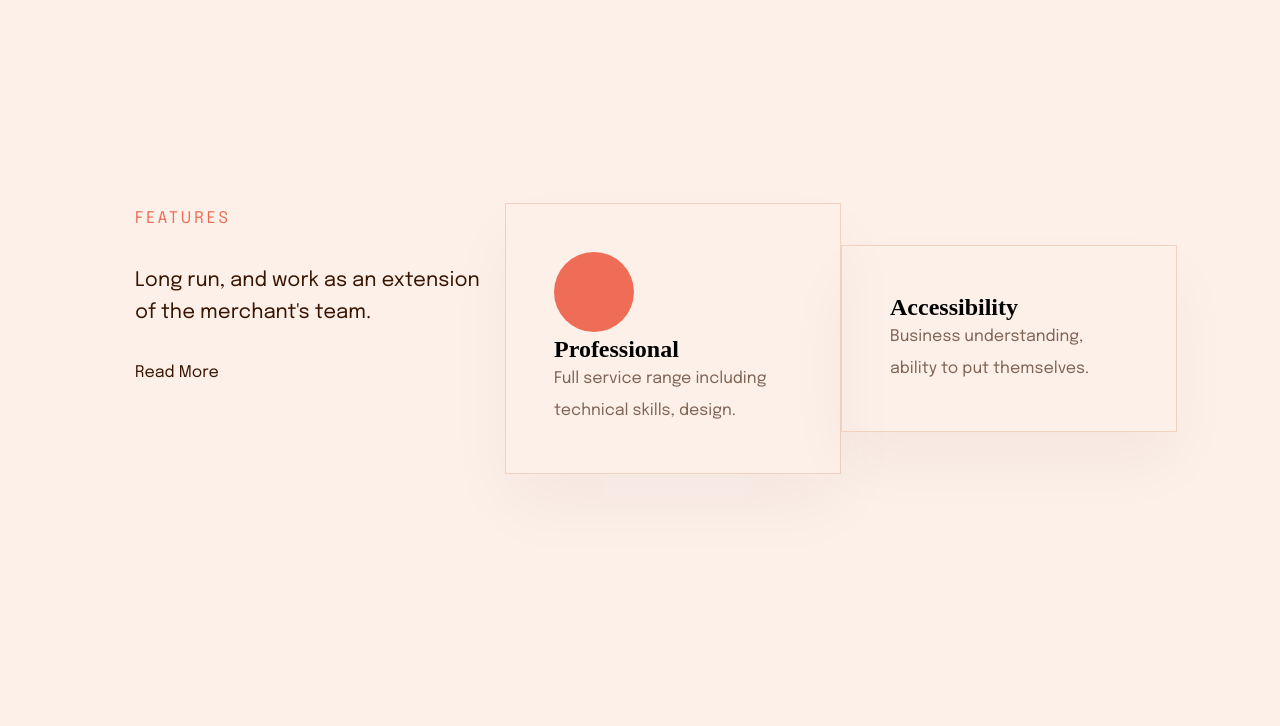
Repository: kubrazamanova/Project-7
Page: index.html
These files come from the project's save history. The page is drawn as it stood at one moment and after the next save; the edit follows.
The browser window is 1280 px wide. The pictures show the whole page.

Above is the page before, as saved 2023-09-23 10:37:52.

### index.html
<!DOCTYPE html>
<html lang="en">
  <head>
    <meta charset="UTF-8" />
    <meta name="viewport" content="width=device-width, initial-scale=1.0" />
    <link rel="stylesheet" href="index.css" />
    <title>Document</title>
  </head>
  <body>
    <div class="container">
      <div class="box">
        <h1>Features</h1>
        <p>Long run, and work as an extension of the merchant's team.</p>
        <a href="#">Read More</a>
      </div>

      <ul>
        <li >

            <svg
              xmlns="http://www.w3.org/2000/svg"
              width="80"
              height="80"
              viewBox="0 0 80 80"
              fill="none"
            >
              <circle cx="40" cy="40" r="40" fill="#EF6C57" />
            </svg>
            <h2>Professional</h2>
            <span>Full service range including technical skills, design.</span>

        </li>
        <li>

            <h2>Accessibility</h2>
            <span>Business understanding, ability to put themselves.</span>

        </li>
      </ul>
    </div>
  </body>
</html>

### index.css
@import url("https://fonts.googleapis.com/css2?family=Epilogue:wght@400;700&display=swap");
* {
  margin: 0;
  padding: 0;
  box-sizing: border-box;
}

.container {
  padding: 203px 182px 252px 135px;
  background: #fdf0e9;
  min-height: 100vh;
  display: flex;
}

.container .box h1 {
  margin-bottom: 30px;
  color: var(--Text_Dark_Accent, #ef6d58);
  font-feature-settings: "clig" off, "liga" off;
  font-family: Epilogue;
  font-size: 16px;
  font-style: normal;
  font-weight: 400;
  line-height: 32px;
  letter-spacing: 3px;
  text-transform: uppercase;
}

.container .box p {
  width: 370px;
  color: var(--Text_Dark, #391400);
  font-feature-settings: "clig" off, "liga" off;
  font-family: Epilogue;
  font-size: 20px;
  font-style: normal;
  font-weight: 400;
  line-height: 32px;
}

.container .box a {
  margin-top: 28px;
  display: block;
  color: var(--Text_Dark, #391400);
  font-feature-settings: "clig" off, "liga" off;
  font-family: Epilogue;
  font-size: 16px;
  font-style: normal;
  font-weight: 400;
  line-height: 32px;
  text-decoration: none;
}
ul {
  /* padding: 0 134px; */
  display: flex;
  align-items: center;
}

ul li {
  list-style-type: none;
  border: 1px solid #f3d1bf;
  padding: 48px 48px 46px 48px;
  width: 336px;
  box-shadow: 0px 32px 64px 0px rgba(57, 20, 0, 0.04);



}
ul li:fir
.container li h2 {
  color: var(--Text_Dark, #391400);
  font-feature-settings: "clig" off, "liga" off;
  font-family: Epilogue;
  font-size: 24px;
  font-style: normal;
  font-weight: 700;
  line-height: 32px;
}

.container li span {
  width: 240px;
  color: var(--Text_Dark_Gray, rgba(57, 20, 0, 0.64));
  font-feature-settings: "clig" off, "liga" off;
  font-family: Epilogue;
  font-size: 16px;
  font-style: normal;
  font-weight: 400;
  line-height: 32px;
}



.white-box {

  background-color: white;

  border-radius: 6px 6px 0px 6px;

}

.white-box .box-3 h2 {
  margin-top: 41px;
}

.white-box .box-3 span {
  margin-top: 19px;
}

After the next save:
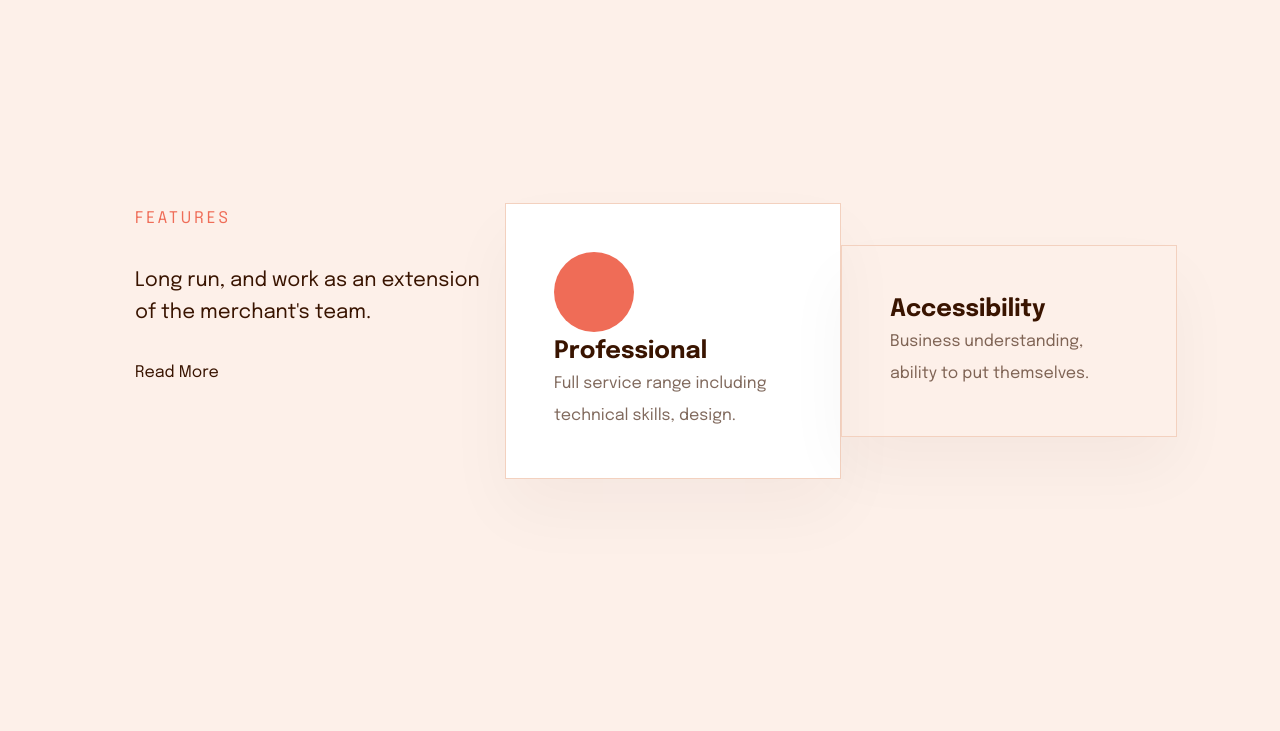
Saved 5 s later.
--- a/index.css
+++ b/index.css
@@ -64,7 +64,9 @@ ul li {
 
 
 }
-ul li:fir
+ul li:first-child{
+  background-color: white;
+}
 .container li h2 {
   color: var(--Text_Dark, #391400);
   font-feature-settings: "clig" off, "liga" off;
